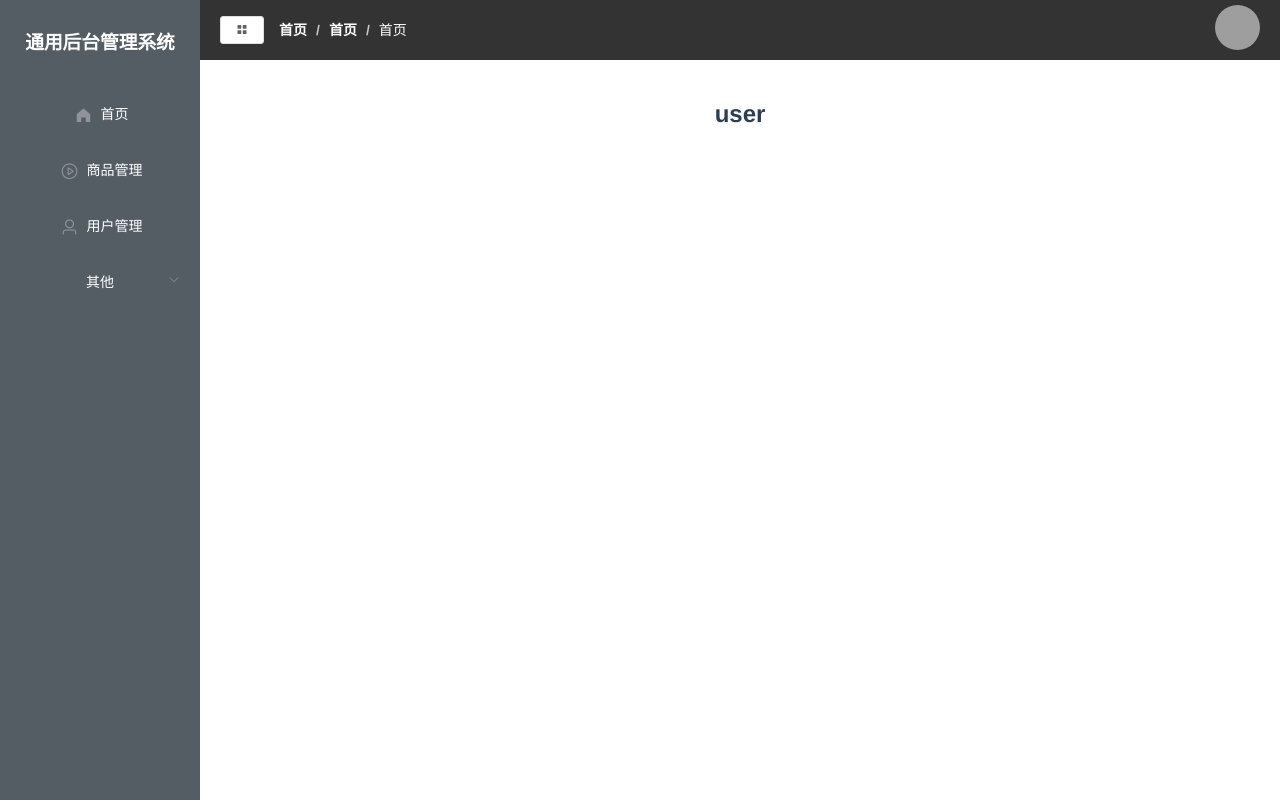
Repository: zhangwen001208/cmd
Page: /user
These files come from the project's save history. The page is drawn as it stood at one moment and after the next save; the edit follows.
The browser window is 1280 px wide. The pictures show the whole page.
Pictures or frames that could not be fetched are drawn as grey boxes. The project was rebuilt for these pictures with package versions that can differ from the ones it lists, and the page was loaded fresh each time. Also part of the build but not shown: vue.config.js.

Above is the page before, as saved 2022-08-27 13:00:54.

### src/main.js
import Vue from 'vue'
import App from './App.vue'
import router from './router'
import store from './store'
import ElementUI from 'element-ui';
import 'element-ui/lib/theme-chalk/index.css';

import 'normalize.css'
import './assets/css/index.less'

import '../src/request/mock.js'

Vue.config.productionTip = false

Vue.use( ElementUI )

new Vue({
  router,
  store,

  render: h => h(App)
}).$mount('#app')

### src/App.vue
<template>
  <div id="app">
    <router-view/>
  </div>
</template>

<style lang="less">
#app {
  font-family: Avenir, Helvetica, Arial, sans-serif;
  -webkit-font-smoothing: antialiased;
  -moz-osx-font-smoothing: grayscale;
  text-align: center;
  color: #2c3e50;
}

nav {
  padding: 30px;

  a {
    font-weight: bold;
    color: #2c3e50;

    &.router-link-exact-active {
      color: #42b983;
    }
  }
}
</style>

### src/router/index.js

import Vue from 'vue'
import VueRouter from 'vue-router'


Vue.use(VueRouter)

//即路由地址为’ / ’ 的页面，重复点击后重定向到的页面依然是Home页面，也就是所谓的产生了冗余导航，
const VueRouterPush = VueRouter.prototype.push
VueRouter.prototype.push = function push (location) {
  return  VueRouterPush.call(this, location).catch(err => err)
}


const routes = [
  {
    path: '/',
    name: 'main',
    component: () => import('../views/Main.vue'),
    children: [
      {
        path: '',
        name: 'home',

        component:() => import('../views/home/home.vue')
      },
      {
        path: '/user',
        name: 'user',
        component:() => import('../views/user/user.vue')
      },
      {
        path: '/mall',
        name: 'mall',
        component:() => import('../views/mall/mall.vue')
      },
      {
        path: '/page1',
        name: 'page1',
        component:() => import('../views/other/pageOne.vue')
      },
      {
        path: '/page2',
        name: 'page2  ',
        component:() => import('../views/other/pageTwo.vue')
      }



    ]
  },

]

const router = new VueRouter({
  mode: 'history',
  base: process.env.BASE_URL,
  routes
})






export default router

### src/store/index.js
import Vue from 'vue'
import Vuex from 'vuex'
import tab from './tab'

Vue.use(Vuex)

export default new Vuex.Store({
  state: {
  },
  getters: {
  },
  mutations: {
  },
  actions: {
  },
  modules: {
    tab
  }
})

### src/assets/css/index.less
@import './base.less';

### src/request/mock.js
import Mock from 'mockjs'
import homeApi from './home.js'


Mock.mock('/home/getData',homeApi.getStatisticalData )

### src/views/Main.vue
<template>
  <div class="home">
      <el-container style="height: 100%">
        <el-aside width="auto">
          <home-aside/>
        </el-aside>
        <el-container>
          <el-header class="header">
            <home-header></home-header>
          </el-header>
          <el-main>
          <router-view></router-view>
          </el-main>
        </el-container>
    </el-container>


  </div>
</template>

<script>

// @ is an alias to /src

import HomeAside from '../components/HomeAside.vue'
import homeHeader from '../components/homeHeader.vue'

export default {
  name: 'HomeView',
  components: {
    HomeAside,
    homeHeader

  }
}
</script>
<style lang="less" scoped>
.header{
  background-color: #333;
}

</style>

### src/views/user/user.vue
<!-- eslint-disable vue/multi-word-component-names -->
<template>
    <div>
        <h2>user</h2>

    </div>
</template>

<script>
    export default {

    }
</script>

<style lang="scss" scoped>

</style>

### src/store/tab.js
export default {
    state: {
       isCollapse: false,
       tabsList: [
        {
            path: '/',
            name: 'home',
            label: '首页',
            icon: 'home'
        }
       ],
       currentMenu: null
    },
    mutations: {
        Collapsemenu(state) {
            state.isCollapse = !state.isCollapse
        },
        selectMenu(state, val) {
            if(val.name !== 'home') {
                state.currentMenu = val
                const result = state.tabsList.findIndex(item => item.name === val.name)

                if(result === -1) {
                    state.tabsList.push(val)
                }else {
                    state.currentMenu == null;
                }
            }
        }

    }
}

### src/assets/css/base.less

body{
    padding: 0;
    margin: 0;
}

html,body,#app {
    width: 100%;
    height: 100%;
}

### src/request/home.js
import Mock from 'mockjs'

let List = []

export default{
    getStatisticalData: () => {
        //Mock.Random.float 产生的随机数100到8000之间 保留小数
        for(let i = 0 ; i < 7; i++) {
            List.push(
                Mock.mock({
                    苹果: Mock.Random.float(100, 8000, 0, 0),
                    vivo: Mock.Random.float(100, 8000, 0, 0),
                    oppo: Mock.Random.float(100, 8000, 0, 0),
                    魅族: Mock.Random.float(100, 8000, 0, 0),
                    三星: Mock.Random.float(100, 8000, 0, 0),
                    小米: Mock.Random.float(100, 8000, 0, 0),
                })
            )
        }

        return {
            code: 20000,
            data: {
                //饼图
                videoData: [
                    {
                        name: '小米',
                        value: 2999
                    },
                    {
                        name: '苹果',
                        value: 5999
                    },
                    {
                        name: 'vivo',
                        value: 1500
                    },
                    {
                        name: 'opeo',
                        value: 1999
                    },
                    {
                        name: '魅族',
                        value: 888
                    },
                ],
                //柱状图
                userData: [
                    {
                        data: '周一',
                        new: 132,
                        active: 200
                    },
                    {
                        data: '周二',
                        new: 100,
                        active: 300
                    },
                    {
                        data: '周三',
                        new: 82,
                        active: 230
                    },
                    {
                        data: '周四',
                        new: 62,
                        active: 200
                    },
                    {
                        data: '周五',
                        new: 22,
                        active: 220
                    },
                    {
                        data: '周六',
                        new: 49,
                        active: 220
                    },
                    {
                        data: '周天',
                        new: 5,
                        active: 260
                    },

                ],
                //折线图
                orderData: {
                    date: ['20191001', '20191002', '20191003', '20191004', '20191005', '20191006', '20191007'],
                    data: List
                },

                tableData: [
                    {
                        name: 'oppo',
                        todayBuy: 100,
                        monthBuy: 300,
                        totalBuy: 800
                    },
                    {
                        name: 'vivo',
                        todayBuy: 100,
                        monthBuy: 300,
                        totalBuy: 800
                    },{
                        name: 'apple',
                        todayBuy: 100,
                        monthBuy: 300,
                        totalBuy: 800
                    },{
                        name: '小米',
                        todayBuy: 100,
                        monthBuy: 300,
                        totalBuy: 800
                    },{
                        name: '三星',
                        todayBuy: 100,
                        monthBuy: 300,
                        totalBuy: 800
                    },{
                        name: '魅族',
                        todayBuy: 100,
                        monthBuy: 300,
                        totalBuy: 800
                    }
                ],
            }
        }
    }
}

### src/components/HomeAside.vue
<template>
<el-menu  default-active="1-4-1"
    class="el-menu-vertical-demo"
     background-color= '#545c64'
     text-color="#fff"
     active-text-color="#ffd04b"
    @open="handleOpen" @close="handleClose"
    :collapse="isCollapse">
  <h3>{{isCollapse? '后台': '通用后台管理系统'}}</h3>
  <el-menu-item  @click="clickmenu(item)" v-for="item in nochildren" index="item.path" :key="item.path">
    <i :class="'el-icon-'+item.icon"></i>
    <span slot="title">{{item.label}}</span>
  </el-menu-item>
  <el-submenu v-for="item in haschildren" index="item.path" :key="item.path">
    <template slot="title">
      <i class="'el-icon-'+item.icon"></i>
      <span slot="title">{{item.label}}</span>
    </template>
    <el-menu-item-group v-for="subitem in item.children" index='subitem.path' :key="subitem.path">

      <el-menu-item @click="clickmenu(subitem)" index="1-1">{{subitem.label}}</el-menu-item>

    </el-menu-item-group>

  </el-submenu>


</el-menu>

</template>

<script>
export default {
    data() {
      return {

        menu:[
          {
            path: '/',
            name: 'home',
            label: '首页',
            icon: 's-home',
            url: 'Home/home'
          },
           {
            path: '/mall',
            name: 'mall',
            label: '商品管理',
            icon: 'video-play',
            url: 'MallManage/MallManage'
          },
           {
            path: '/user',
            name: 'user',
            label: '用户管理',
            icon: 'user',
            url: 'UserManage/UserManage'
          },
           {

            label: '其他',
            icon: 'location',
           children: [
            {
            path: '/page1',
            name: 'page1',
            label: '页面1',
            icon: 'setting',
            url: 'Other/pageOne'
            },
            {
            path: '/page2',
            name: 'page2',
            label: '页面2',
            icon: 'setting',
            url: 'Other/pageTwo'
            }

           ]
          }

        ]
      };
    },
    methods: {
      handleOpen(key, keyPath) {
        console.log(key, keyPath);
      },
      handleClose(key, keyPath) {
        console.log(key, keyPath);
      },
      clickmenu(item) {
        if(this.$router.path !== item.path) {
            this.$router.push({
            name: item.name,
        })
        }
        this.$store.commit('selectMenu', item)


      }
    },
    computed: {
      nochildren() {
        return this.menu.filter(item => !item.children)
      },
      haschildren() {
         return this.menu.filter(item => item.children)
      },
      isCollapse() {
        return  this.$store.state.tab.isCollapse
      }
    }
  }
</script>

<style lang="less" scoped>
  .el-menu-vertical-demo:not(.el-menu--collapse) {
    width: 200px;
    height: 800px;

  }
  .el-menu {
    height: 800px;
    border: none;
    h3{
      color: #fff;
      text-align: center;
      line-height: 48px;

    }
  }

</style>

### src/components/homeHeader.vue
<template>
   <header>
        <div class="l-content">
            <el-button @click="hadrlemenu" plain icon="el-icon-menu" size="mini"></el-button>
            <!-- <h3 style="color: #fff">首页</h3> -->
            <el-breadcrumb separator="/">
                        <el-breadcrumb-item :to="{ path: '/' }">首页</el-breadcrumb-item>
                        <el-breadcrumb-item :to="{ path: '/' }">首页</el-breadcrumb-item>
                        <el-breadcrumb-item :to="{ path: '/' }">首页</el-breadcrumb-item>

            </el-breadcrumb>
         </div>
         <div class="r-content">
            <el-dropdown trigger="click" szie="mini">
                <span>
                    <img class="user" :src="userImg">
                </span>
                <el-dropdown-menu slot="dropdown">
                    <el-dropdown-item>个人中心</el-dropdown-item>
                    <el-dropdown-item>退出</el-dropdown-item>
                </el-dropdown-menu>

            </el-dropdown>

         </div>
   </header>

</template>

<script>

import {mapState} from 'vuex'

    export default {
        name: 'homeHeader',
        data() {
            return {
                userImg: require('../assets/img/tx.jpeg')
            }
        },
        methods: {
            hadrlemenu() {
                this.$store.commit('Collapsemenu')
            }
        },
        computed: {
            ...mapState({
                tags: state => state.tab.tabsList
            })


        },
        created() {
            console.log(this.tags)
        }




    }
</script>

<style lang="less" scoped>
header {
    display: flex;
    height: 100%;
    justify-content: space-between;
    align-items: center;
    .l-content {
        display: flex;
        align-items: center;
        .el-button {
            margin-right: 15px;

        }
        .el-breadcrumb ::v-deep .el-breadcrumb__inner {
        color: #fff !important;
}
    }
    .r-content {
        .user {
            width: 45px;
            height: 45px;
            border-radius: 50%;
        }
    }


}


</style>

Loaded but not shown: public/index.html (common file)

After the next save:
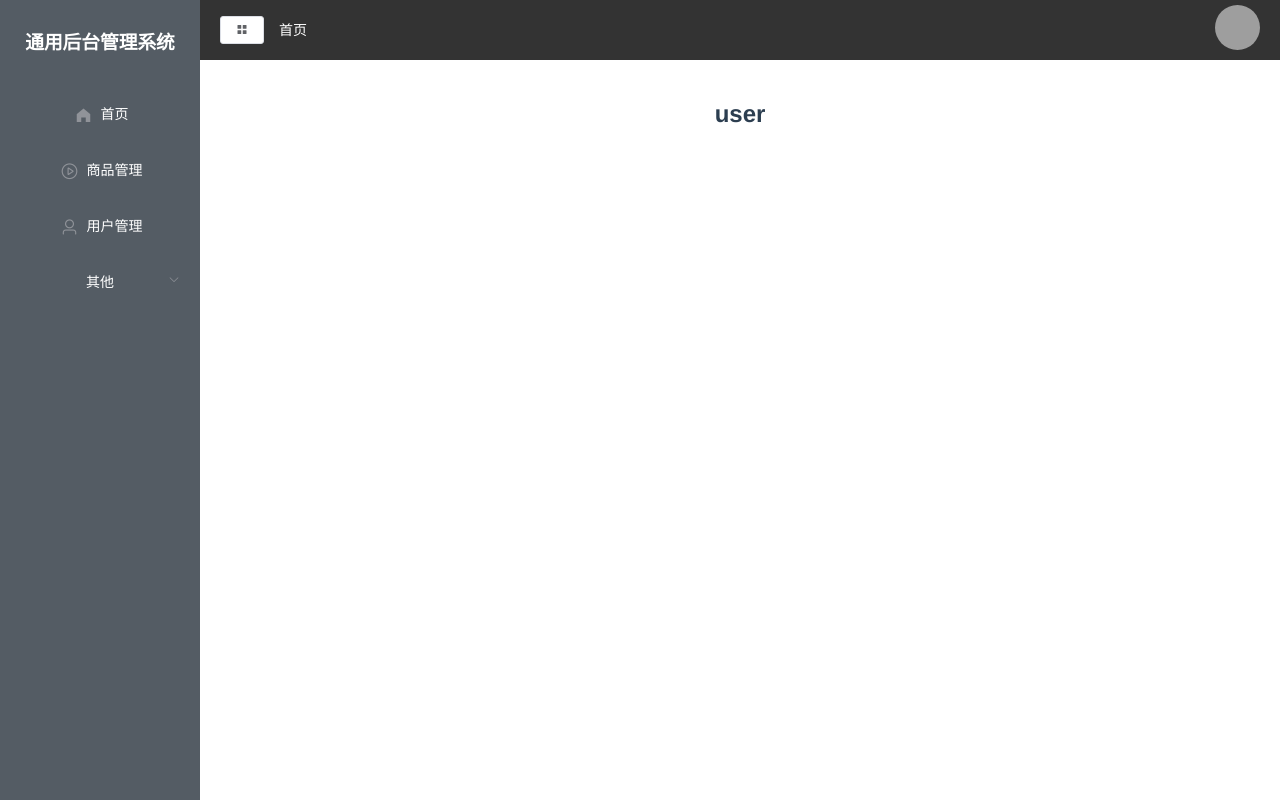
Saved 3 min 57 s later.
--- a/src/components/homeHeader.vue
+++ b/src/components/homeHeader.vue
@@ -4,9 +4,8 @@
             <el-button @click="hadrlemenu" plain icon="el-icon-menu" size="mini"></el-button>
             <!-- <h3 style="color: #fff">首页</h3> -->
             <el-breadcrumb separator="/">
-                        <el-breadcrumb-item :to="{ path: '/' }">首页</el-breadcrumb-item>
-                        <el-breadcrumb-item :to="{ path: '/' }">首页</el-breadcrumb-item>
-                        <el-breadcrumb-item :to="{ path: '/' }">首页</el-breadcrumb-item>
+                    <el-breadcrumb-item v-for="item in tags" :key="item.path" :to="{ path: item.path }">{{item.label}}</el-breadcrumb-item>
+
 
             </el-breadcrumb>
          </div>
@@ -50,9 +49,7 @@ import {mapState} from 'vuex'
 
 
         },
-        created() {
-            console.log(this.tags)
-        }
+
 
 
 
